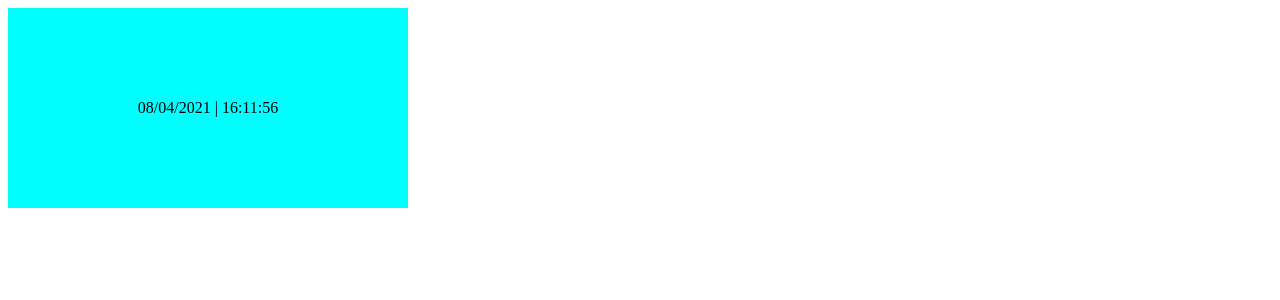
Repository: Widzisz/zadania-JavaScript
Page: www/index.html
The author's editor kept a copy of each file at every save. The page is drawn from the files as they stood at one save, then again after the next save.
The browser window is 1280 px wide. The pictures show the whole page.

Above is the page before, as saved 2021-04-08 18:30:51.

### www/index.html
<!DOCTYPE HTML>
<html lang="pl">

<head>
	<meta charset="utf-8" />
	<link rel="stylesheet" href="main.css">
	<title>Odliczanie czasu</title>

	<script type="text/javascript" src="timer.js">
	</script>

</head>

<body onload="timer()">

	<div class="container">
		<div id="zegar"></div>
	</div>

	<script type="text/javascript">
	</script>

</body>

</html>

### www/main.css
.container {
  display: flex;
  justify-content: center;
  align-items: center;
  height: 200px;
  width: 400px;
  background-color: aqua;
}

#zegar {
    text-align: left;
}

### www/timer.js







function timer() {
	let today = new Date();

	let day = today.getDate();
	if (day < 10) {
		day = "0" + day;
	}
	let month = today.getMonth() + 1;
	if (month < 10) {
		month = "0" + month;
	}
	let year = today.getFullYear();

	let hours = today.getHours();
	if (hours < 10) {
		hours = "0" + hours;
	}
	let minutes = today.getMinutes();
	if (minutes < 10) {
		minutes = "0" + minutes;
	}
	let seconds = today.getSeconds();
	if (seconds < 10) {
		seconds = "0" + seconds;
	}

	document.getElementById("zegar").innerHTML = day + "/" + month + "/" + year
		+ " " + "|" + " " + hours + ":" + minutes + ":" + seconds;

	setTimeout("timer()", 1000);
}


























































// function odliczanie() {
// 	var dzisiaj = new Date();

// 	var dzien = dzisiaj.getDate();
// 	var miesiac = dzisiaj.getMonth() + 1;
// 	var rok = dzisiaj.getFullYear();

// 	var godzina = dzisiaj.getHours();
// 	if (godzina < 10) godzina = "0" + godzina;

// 	var minuta = dzisiaj.getMinutes();
// 	if (minuta < 10) minuta = "0" + minuta;

// 	var sekunda = dzisiaj.getSeconds();
// 	if (sekunda < 10) sekunda = "0" + sekunda;

// 	document.getElementById("zegar").innerHTML =
// 		dzien + "/" + miesiac + "/" + rok + " | " + godzina + ":" + minuta + ":" + sekunda;

// 	setTimeout("odliczanie()", 1000);
// }

After the next save:
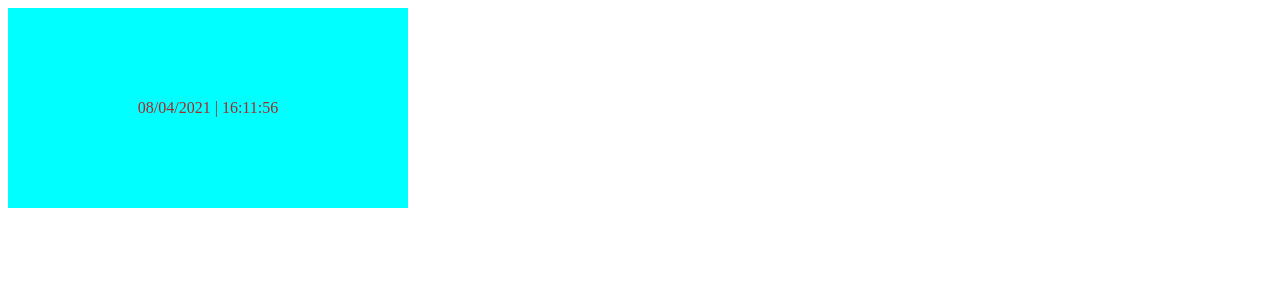
Saved 12 s later.
--- a/www/main.css
+++ b/www/main.css
@@ -8,5 +8,5 @@
 }
 
 #zegar {
-    text-align: left;
+    color: brown;
 }
